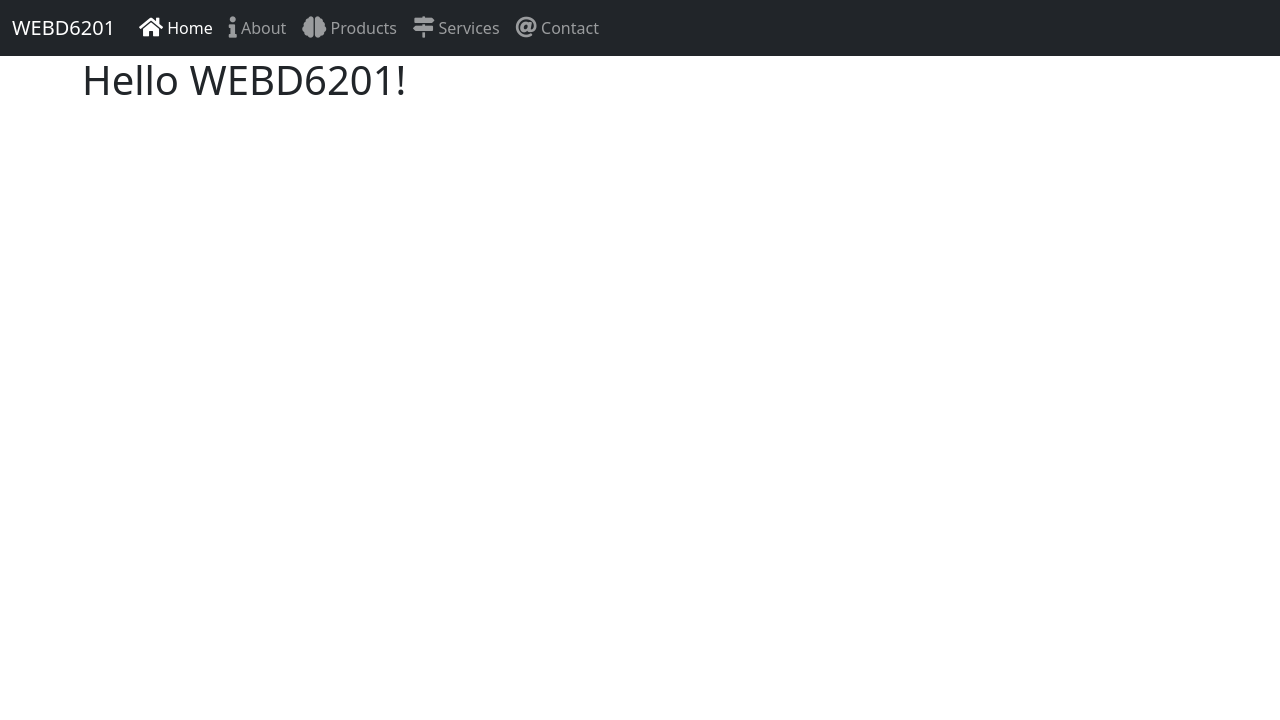
Repository: GarlicButterBoy/WEBD6201-Week1
Page: index.html
The author's editor kept a copy of each file at every save. The page is drawn from the files as they stood at one save, then again after the next save.
The browser window is 1280 px wide. The pictures show the whole page.

Above is the page before, as saved 2021-01-14 09:36:06.

### index.html
<!DOCTYPE html>
<html lang="en">
<head>
    <meta charset="UTF-8">
    <meta name="viewport" content="width=device-width, initial-scale=1.0">
    <title>Document</title>

    <!-- CSS Section -->
    <link rel="stylesheet" href="./node_modules/bootstrap/dist/css/bootstrap.min.css">
    <link rel="stylesheet" href="./node_modules/@fortawesome/fontawesome-free/css/all.min.css">
    <link rel="stylesheet" href="./Content/app.css">

</head>
<body>
       <!-- Main Nav -->

       <header>
        <nav class="navbar navbar-expand-lg navbar-dark bg-dark">
            <div class="container-fluid">
              <a class="navbar-brand" href="#">WEBD6201</a>
              <button class="navbar-toggler" type="button" data-bs-toggle="collapse" data-bs-target="#navbarSupportedContent" aria-controls="navbarSupportedContent" aria-expanded="false" aria-label="Toggle navigation">
                <span class="navbar-toggler-icon"></span>
              </button>
              <div class="collapse navbar-collapse" id="navbarSupportedContent">
                <ul class="navbar-nav ml-auto mb-2 mb-lg-0">

                  <li class="nav-item">
                    <a class="nav-link active" aria-current="page" href="#">
                        <i class="fas fa-home fa-lg"></i> Home</a>
                  </li>

                  <li class="nav-item">
                    <a class="nav-link" aria-current="page" href="#">
                        <i class="fas fa-info fa-lg"></i> About</a>
                  </li>

                  <li class="nav-item">
                    <a class="nav-link" aria-current="page" href="#">
                        <i class="fas fa-brain fa-lg"></i> Products</a>
                  </li>

                  <li class="nav-item">
                    <a class="nav-link" aria-current="page" href="#">
                        <i class="fas fa-map-signs fa-lg"></i> Services</a>
                  </li>

                  <li class="nav-item">
                    <a class="nav-link" aria-current="page" href="#">
                        <i class="fas fa-at fa-lg"></i> Contact</a>
                  </li>

                </ul>
              </div>
            </div>
          </nav>
    </header>

    <div class="container">
        <h1>Hello WEBD6201!</h1>
    </div>

    <!-- JavaScript Section -->
    <script src="./node_modules/jquery/dist/jquery.min.js"></script>
    <script src="./node_modules/bootstrap/dist/js/bootstrap.bundle.min.js"></script>
    <script src="./Scripts/app.js"></script>

</body>
</html>

### Content/app.css
/*
 * Custom CSS goes here!
 */

### Scripts/app.js
/*
 * Custom Scripts go here!
 */

//IIFE - Immediately Invoked Function Expression
//AKA - Anonymous Self-Executing Function
(function()
{
    //Initialization Function
    function Start()
    {

       console.log("App Started...");

       for (let index = 0; index < 5; index++)
       {

        console.log(index);

       }
    }
    //Event Listener
    window.addEventListener("load", Start);

})();

Loaded but not shown: node_modules/bootstrap/dist/css/bootstrap.min.css (library); node_modules/@fortawesome/fontawesome-free/css/all.min.css (library); node_modules/jquery/dist/jquery.min.js (library); node_modules/bootstrap/dist/js/bootstrap.bundle.min.js (library)

After the next save:
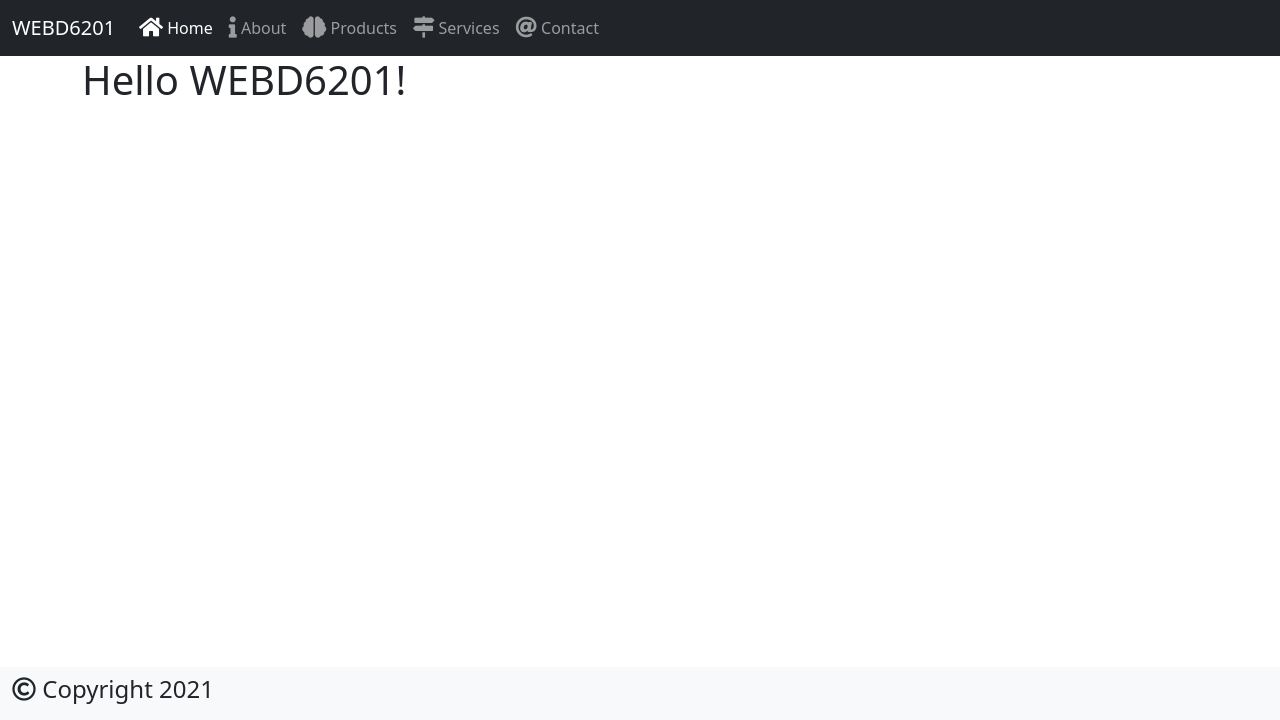
Saved 43 s later.
--- a/index.html
+++ b/index.html
@@ -59,6 +59,14 @@
         <h1>Hello WEBD6201!</h1>
     </div>
 
+    <footer>
+        <nav class="navbar fixed-bottom navbar-light bg-light">
+            <div class="container-fluid">
+              <h4><i class="far fa-copyright"></i> Copyright 2021</h4>
+            </div>
+        </nav>
+    </footer>
+
     <!-- JavaScript Section -->
     <script src="./node_modules/jquery/dist/jquery.min.js"></script>
     <script src="./node_modules/bootstrap/dist/js/bootstrap.bundle.min.js"></script>
